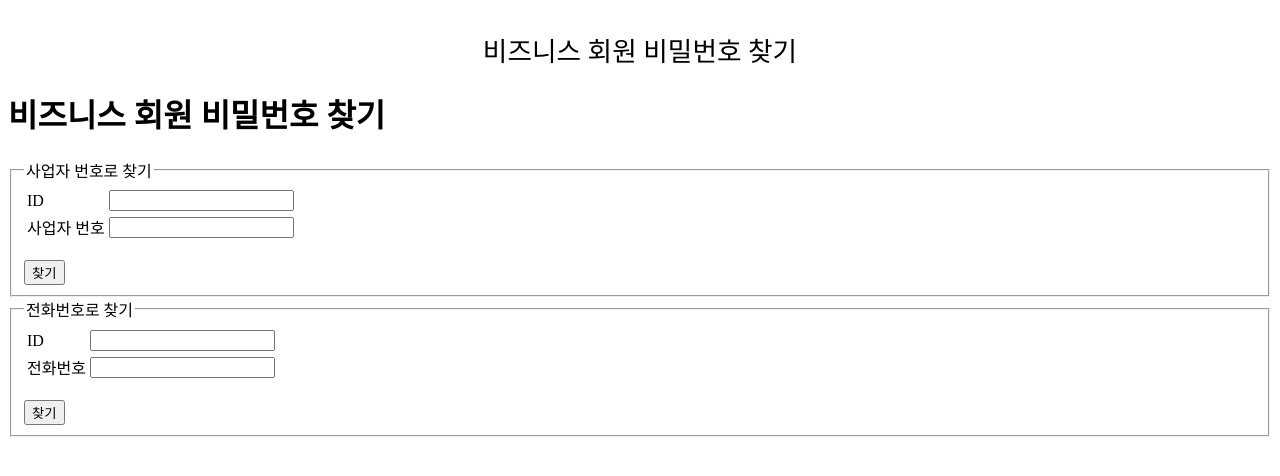
Repository: chmyj2/Team2_Final-project
Page: http://localhost/FinalProject/WEB-INF/views/2Team/t2login/t2_businessFindPW.jsp
These files come from the project's save history. The page is drawn as it stood at one moment and after the next save; the edit follows.
The browser window is 1280 px wide. The pictures show the whole page.
The page is served by Tomcat 9. Nobody is signed in. Other server files are loaded and not shown. The template is opened directly, without the code that normally fills it, so the values that code supplies are empty.

Above is the page before, as saved 2022-09-02 01:05:15.

### FinalProject/src/main/webapp/WEB-INF/views/2Team/t2login/t2_businessFindPW.jsp
<%@ page language="java" contentType="text/html; charset=UTF-8"
    pageEncoding="UTF-8"%>
<!DOCTYPE html>
<html>
<head>
<meta charset="UTF-8">
<title>Insert title here</title>
</head>
<body>
<div style="text-align: center; font-size: 20pt; font-weight: 15pt; margin-top: 30px; padding-bottom: -10px;">비즈니스 회원 비밀번호 찾기</div>
<div class="findID-outline">
	<h1>비즈니스 회원 비밀번호 찾기</h1>
		<div class="findID-email">

		<form action="#" method="POST">
		<fieldset>
		<legend>사업자 번호로 찾기</legend>

		<table>
		<tr class="findID-email-tr">
		<td class="findID-email-td">ID</td>
		<td><input name="vet_ID" type="text"></td>
		</tr>

		<tr class="findID-email-tr">
		<td class="findID-email-td">사업자 번호</td>
		<td><input name="vet_businessNum" type="number"></td>
		</tr>
		</table><br>


		<button>찾기</button>

		</fieldset>
		</form>
		</div>

		<div class="findID-line"></div>

		<div class="findID-phoneNum">
		<form action="#" method="POST">
		<fieldset>
		<legend>전화번호로 찾기</legend>

		<table>

		<tr class="findID-email-tr">
		<td class="findID-email-td">ID</td>
		<td><input name="vet_ID" type="text"></td>
		</tr>

		<tr class="findID-phoneNum-tr">
		<td class="findID-phoneNum-td">전화번호</td>
		<td><input name="vet_phoneNum" type="tel"></td>
		</tr>

		</table><br>


		<button>찾기</button>

		</fieldset>
		</form>

		</div>

	</div>
</body>
</html>

After the next save:
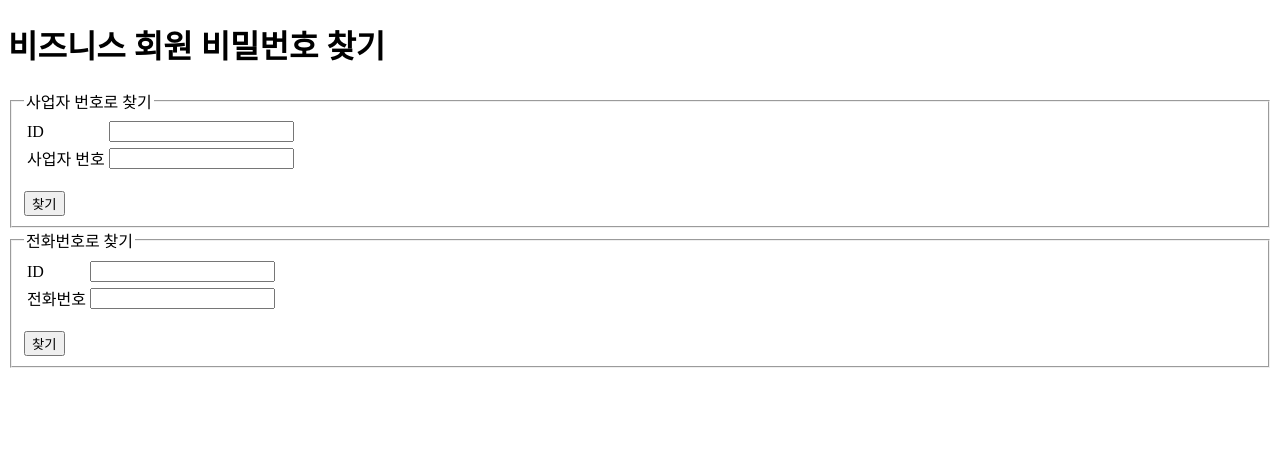
Saved 33 s later.
--- a/FinalProject/src/main/webapp/WEB-INF/views/2Team/t2login/t2_businessFindPW.jsp
+++ b/FinalProject/src/main/webapp/WEB-INF/views/2Team/t2login/t2_businessFindPW.jsp
@@ -7,9 +7,10 @@
 <title>Insert title here</title>
 </head>
 <body>
-<div style="text-align: center; font-size: 20pt; font-weight: 15pt; margin-top: 30px; padding-bottom: -10px;">비즈니스 회원 비밀번호 찾기</div>
 <div class="findID-outline">
 	<h1>비즈니스 회원 비밀번호 찾기</h1>
+
+		<div>
 		<div class="findID-email">
 
 		<form action="#" method="POST">
@@ -63,6 +64,7 @@
 		</form>
 
 		</div>
+		</div>
 
 	</div>
 </body>
